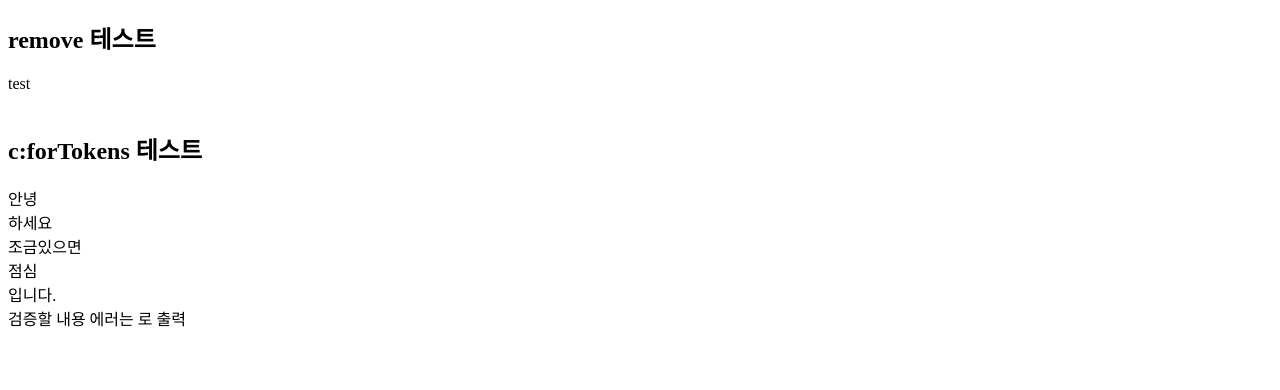
Repository: huntingforheat/JavaProject
Page: http://localhost/myweb/jstl/jstl_etc2.jsp
These files come from the project's save history. The page is drawn as it stood at one moment and after the next save; the edit follows.
The browser window is 1280 px wide. The pictures show the whole page.
The page is served by Tomcat 9.

Above is the page before, as saved 2024-04-17 04:03:12.

After the next save:
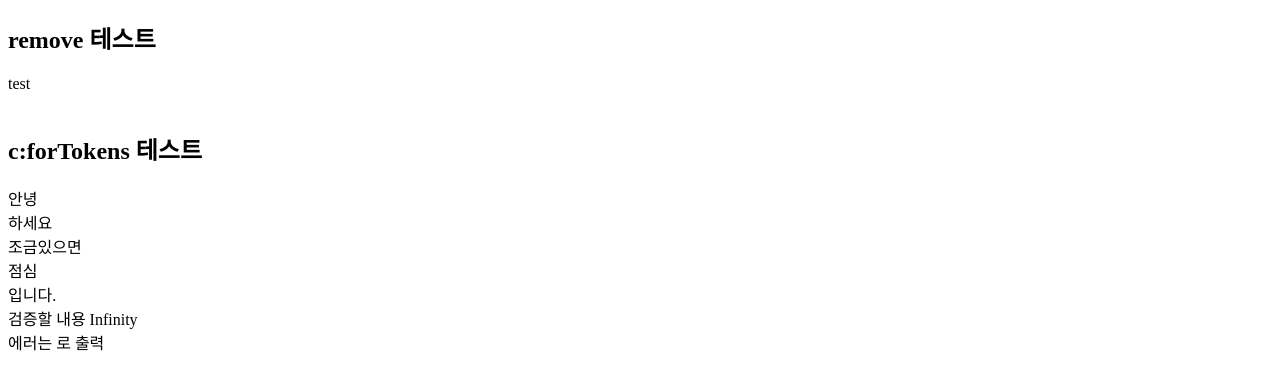
Saved 67 s later.
--- a/myweb/src/main/webapp/jstl/jstl_etc2.jsp
+++ b/myweb/src/main/webapp/jstl/jstl_etc2.jsp
@@ -20,7 +20,9 @@
 		 --%>
 		 <c:catch var = "abc">
 		 	검증할 내용
+		 	${100/0 } <br>
 		 </c:catch>
 		 에러는 ${abc }로 출력
+
 	</body>
 </html>
